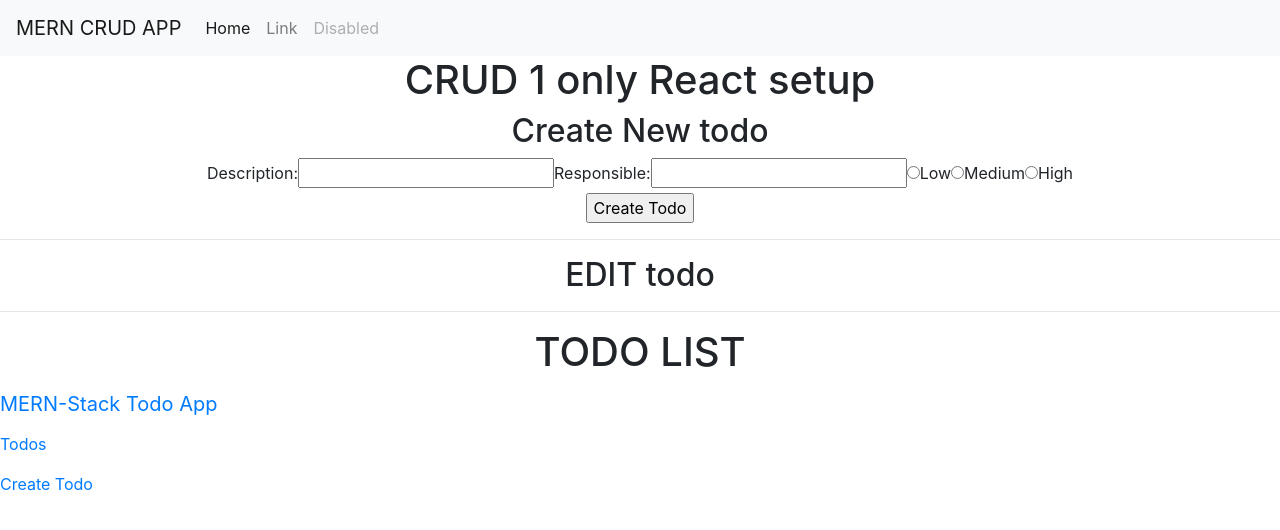
Repository: tweneboah/mern-complete-guide
Page: / (app in v5-mern-crud/client/)
An editor plug-in stored every save of this project. The page is shown before and after the next save, followed by the edit.
The browser window is 1280 px wide. The pictures show the whole page.
The page's requests for data from a server got no answer. The project was rebuilt for these pictures with package versions that can differ from the ones it lists, and the page was loaded fresh each time. No one was signed in, and anything a server would have sent is missing.

Above is the page before, as saved 2019-09-12 22:04:56.

### v5-mern-crud/client/public/index.html
<!DOCTYPE html>
<html lang="en">
  <head>
    <meta charset="utf-8" />
    <link rel="shortcut icon" href="%PUBLIC_URL%/favicon.ico" />
    <meta name="viewport" content="width=device-width, initial-scale=1" />
    <meta name="theme-color" content="#000000" />
    <meta
      name="description"
      content="Web site created using create-react-app"
    />
    <link rel="apple-touch-icon" href="logo192.png" />
    <!--
      manifest.json provides metadata used when your web app is installed on a
      user's mobile device or desktop. See https://developers.google.com/web/fundamentals/web-app-manifest/
    -->
    <link rel="manifest" href="%PUBLIC_URL%/manifest.json" />
    <!--
      Notice the use of %PUBLIC_URL% in the tags above.
      It will be replaced with the URL of the `public` folder during the build.
      Only files inside the `public` folder can be referenced from the HTML.

      Unlike "/favicon.ico" or "favicon.ico", "%PUBLIC_URL%/favicon.ico" will
      work correctly both with client-side routing and a non-root public URL.
      Learn how to configure a non-root public URL by running `npm run build`.
    -->

    <!-- Bootstrap CSS -->
    <link rel="stylesheet" href="https://stackpath.bootstrapcdn.com/bootstrap/4.3.1/css/bootstrap.min.css" integrity="sha384-ggOyR0iXCbMQv3Xipma34MD+dH/1fQ784/j6cY/iJTQUOhcWr7x9JvoRxT2MZw1T" crossorigin="anonymous">

    <title>MERN CRUD</title>
  </head>
  <body>
    <noscript>You need to enable JavaScript to run this app.</noscript>
    <div id="root"></div>
    <!--
      This HTML file is a template.
      If you open it directly in the browser, you will see an empty page.

      You can add webfonts, meta tags, or analytics to this file.
      The build step will place the bundled scripts into the <body> tag.

      To begin the development, run `npm start` or `yarn start`.
      To create a production bundle, use `npm run build` or `yarn build`.
    -->


    <!-- Optional JavaScript -->
    <!-- jQuery first, then Popper.js, then Bootstrap JS -->
    <script src="https://code.jquery.com/jquery-3.3.1.slim.min.js" integrity="sha384-q8i/X+965DzO0rT7abK41JStQIAqVgRVzpbzo5smXKp4YfRvH+8abtTE1Pi6jizo" crossorigin="anonymous"></script>
    <script src="https://cdnjs.cloudflare.com/ajax/libs/popper.js/1.14.7/umd/popper.min.js" integrity="sha384-UO2eT0CpHqdSJQ6hJty5KVphtPhzWj9WO1clHTMGa3JDZwrnQq4sF86dIHNDz0W1" crossorigin="anonymous"></script>
    <script src="https://stackpath.bootstrapcdn.com/bootstrap/4.3.1/js/bootstrap.min.js" integrity="sha384-JjSmVgyd0p3pXB1rRibZUAYoIIy6OrQ6VrjIEaFf/nJGzIxFDsf4x0xIM+B07jRM" crossorigin="anonymous"></script>
  </body>
  </body>
</html>

### v5-mern-crud/client/src/App.js
import React from 'react';
import CreateTodo  from './components/create-todo';
import EditTodo from './components/Edit-Todo';
import {BrowserRouter as Router, Route, Link} from 'react-router-dom';
import TodoList from './components/Todo-List'
import './App.css';

function App() {
  return (
    <Router>
<nav class="navbar navbar-expand-lg navbar-light bg-light">
  <a class="navbar-brand" href="#">MERN CRUD APP</a>
  <button class="navbar-toggler" type="button" data-toggle="collapse" data-target="#navbarSupportedContent" aria-controls="navbarSupportedContent" aria-expanded="false" aria-label="Toggle navigation">
    <span class="navbar-toggler-icon"></span>
  </button>

  <div class="collapse navbar-collapse" id="navbarSupportedContent">
    <ul class="navbar-nav mr-auto">
      <li class="nav-item active">
        <a class="nav-link" href="#">Home <span class="sr-only">(current)</span></a>
      </li>
      <li class="nav-item">
        <a class="nav-link" href="#">Link</a>
      </li>

      <li class="nav-item">
        <a class="nav-link disabled" href="#" tabindex="-1" aria-disabled="true">Disabled</a>
      </li>
    </ul>

  </div>
</nav>




        <div className="App">
       <h1>CRUD 1 only React setup</h1>
       <CreateTodo/>
       <hr></hr>
       <EditTodo/>

       <hr/>
       <h1>TODO LIST</h1>
       <TodoList/>
    </div>


    <nav >

            <Link to="/" className="navbar-brand">MERN-Stack Todo App</Link>
            <div className="collpase nav-collapse">
              <ul className="navbar-nav mr-auto">
                <li className="navbar-item">
                  <Link to="/" className="nav-link">Todos</Link>
                </li>
                <li className="navbar-item">
                  <Link to="/create" className="nav-link">Create Todo</Link>
                </li>
              </ul>
            </div>
          </nav>
    </Router>

  );
}

export default App;

### v5-mern-crud/client/src/components/create-todo.js
import React, { Component } from 'react';
import axios from 'axios';
class CreateTodo extends Component {


 state = {
     todo_description: '',
     todo_responsible: '',
     todo_priority: '',
     todo_completed: false
 }

 //OnchangeFunctions
 onchangeDescription = (e) => {
     this.setState({todo_description: e.target.value})
 }

 onchangeResponsible = (e) => {
  this.setState({todo_responsible: e.target.value});
 }

onchangePriority = (e) => {
 this.setState({todo_priority: e.target.value})
}

//Handle Submit
hanldeFormSubmit = (e) => {
 e.preventDefault();

 axios.post('http://localhost:5000/add', this.state)
 .then((res) => {
  console.log(res.data)
  //Reseting formvalues
  this.setState({
    todo_description: '',
    todo_completed: '',
    todo_priority: '',
    todo_responsible: ''
  })
 })

}
 render() {
  return (
     <div>
         <h2>Create New todo</h2>
         <form onSubmit = {this.hanldeFormSubmit}>
            <label>Description:</label>
            <input
            type='text'
            onChange = {this.onchangeDescription}
            value = {this.state.todo_description}
            />

            <label>Responsible:</label>
            <input
            type='text'
            onChange = {this.onchangeResponsible}
            value = {this.state.todo_responsible}
            />

          <input
               type="radio"
               name="priorityOptions"
               id="priorityLow"
               value="Low"
               checked={this.state.todo_priority==='Low'}
               onChange={this.onchangePriority}
               />

              <label>Low</label>

            <input
              type="radio"
              name="priorityOptions"
              id="priorityMedium"
              value="Medium"
              checked={this.state.todo_priority==='Medium'}
              onChange={this.onchangePriority}
              />

              <label>Medium</label>
            <input
              type="radio"
              name="priorityOptions"
              id="priorityHigh"
              value="High"
              checked={this.state.todo_priority==='High'}
              onChange={this.onchangePriority}
              />

           <label >High</label>

                    <div className="form-group">
                        <input type="submit" value="Create Todo"  />
                    </div>
         </form>
     </div>
  );
 }
}

export default CreateTodo;

### v5-mern-crud/client/src/components/Edit-Todo.js
import React, {Component} from 'react';

export default class EditTodo extends Component {
    render() {
        return (
            <div>
                <h2 on>EDIT todo</h2>
                <form>

                </form>
            </div>
        )
    }
}

### v5-mern-crud/client/src/components/Todo-List.js
import React, {Component} from 'react';
import axios from 'axios'
import { Link } from 'react-router-dom';



class TodosList extends Component {

    constructor(props) {
        super(props);
        this.state = {
            todos: []
        };
    }

    componentDidMount() {
        axios.get('http://localhost:5000/todos')
        .then((res) => {
            this.setState({todos: res.data})
        })
    }



    render() {
       console.log(this.state)

       let todosData = this.state.todos
     return (
         <div>
             {todosData?
              (
                  <div>
                     {todosData.map((todo) => {
                          return (
                              <div key={todo._id}>
                                  <h2>{todo.todo_description}</h2>
                                  <p>{todo.todo_responsible}</p>
                                  <p>{todo.todo_priority}</p>
                                  <p>{todo.todo_completed}</p>
                              </div>
                          )
                     })}
                  </div>
              ) :

              (
                <div>
                    <h1>Loading...</h1>
                </div>
              )
            }

         </div>
     )
    }
}

export default TodosList;

Loaded but not shown: v5-mern-crud/client/src/index.js (common file); v5-mern-crud/client/src/index.css (common file); v5-mern-crud/client/src/serviceWorker.js (common file); v5-mern-crud/client/src/App.css (common file)

After the next save:
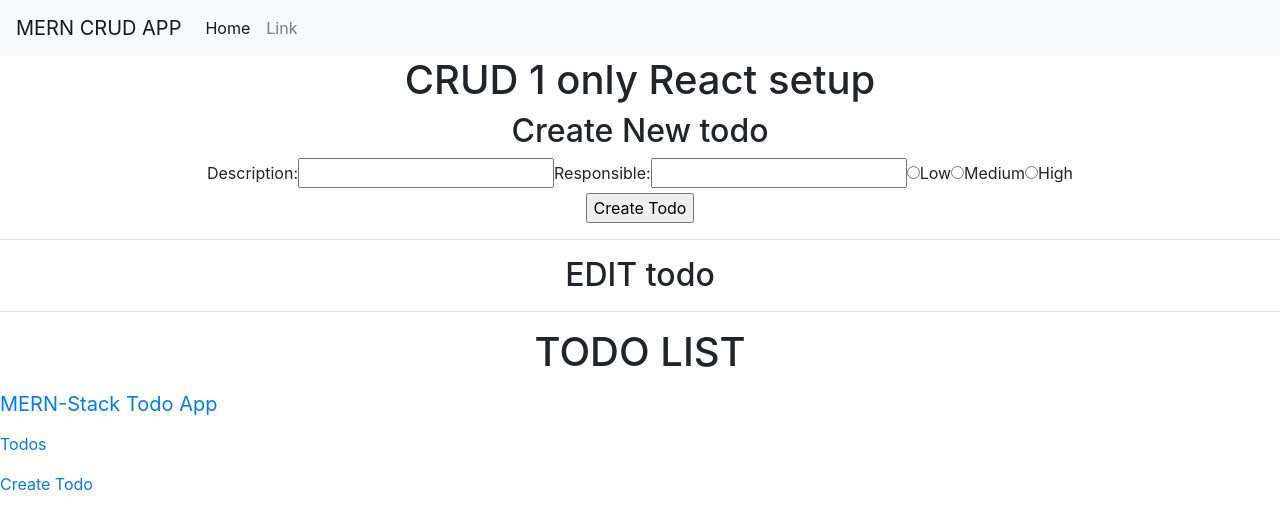
Saved 15 s later.
--- a/v5-mern-crud/client/src/App.js
+++ b/v5-mern-crud/client/src/App.js
@@ -23,9 +23,6 @@ function App() {
         <a class="nav-link" href="#">Link</a>
       </li>
 
-      <li class="nav-item">
-        <a class="nav-link disabled" href="#" tabindex="-1" aria-disabled="true">Disabled</a>
-      </li>
     </ul>
 
   </div>
